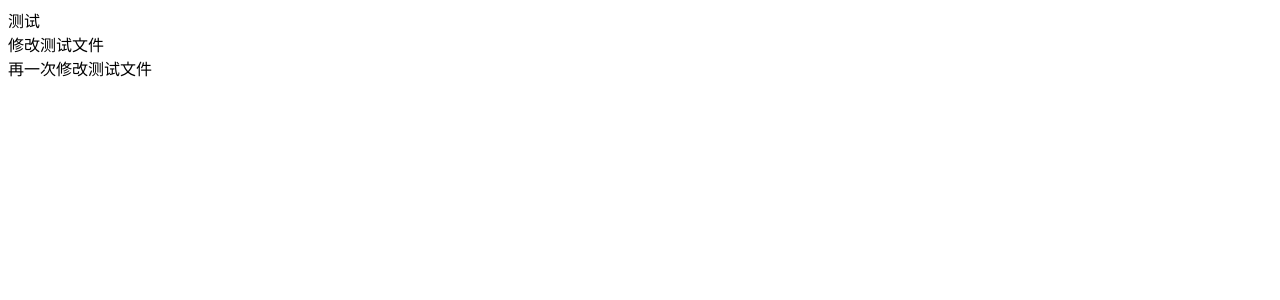
Repository: huawuhe/ceshi
Page: 测试.html
An editor plug-in stored every save of this project. The page is shown before and after the next save, followed by the edit.
The browser window is 1280 px wide. The pictures show the whole page.

Above is the page before, as saved 2023-06-28 23:14:00.

After the next save:
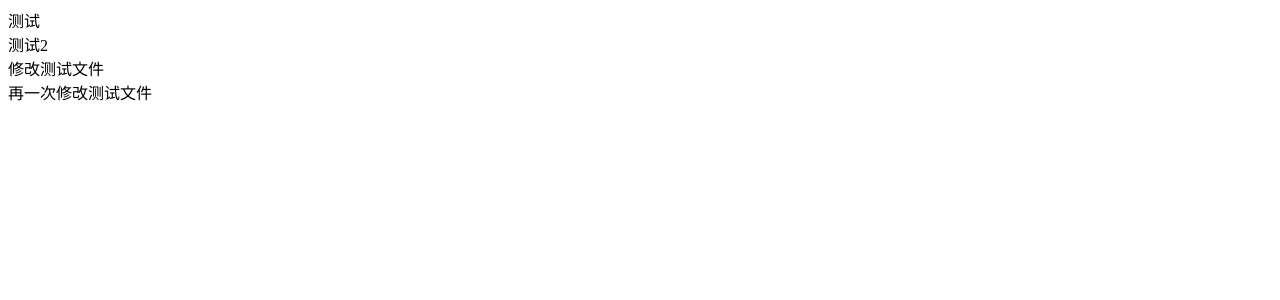
Saved 71 s later.
--- a/测试.html
+++ b/测试.html
@@ -1,20 +1,15 @@
 <!DOCTYPE html>
 <html lang="en">
-<head>
-    <meta charset="UTF-8">
-    <meta http-equiv="X-UA-Compatible" content="IE=edge">
-    <meta name="viewport" content="width=device-width, initial-scale=1.0">
+  <head>
+    <meta charset="UTF-8" />
+    <meta http-equiv="X-UA-Compatible" content="IE=edge" />
+    <meta name="viewport" content="width=device-width, initial-scale=1.0" />
     <title>Document</title>
-</head>
-<body>
-    <div>
-        测试
-    </div>
-    <div>
-        修改测试文件
-    </div>
-    <div>
-        再一次修改测试文件
-    </div>
-</body>
+  </head>
+  <body>
+    <div>测试</div>
+    <div>测试2</div>
+    <div>修改测试文件</div>
+    <div>再一次修改测试文件</div>
+  </body>
 </html>
